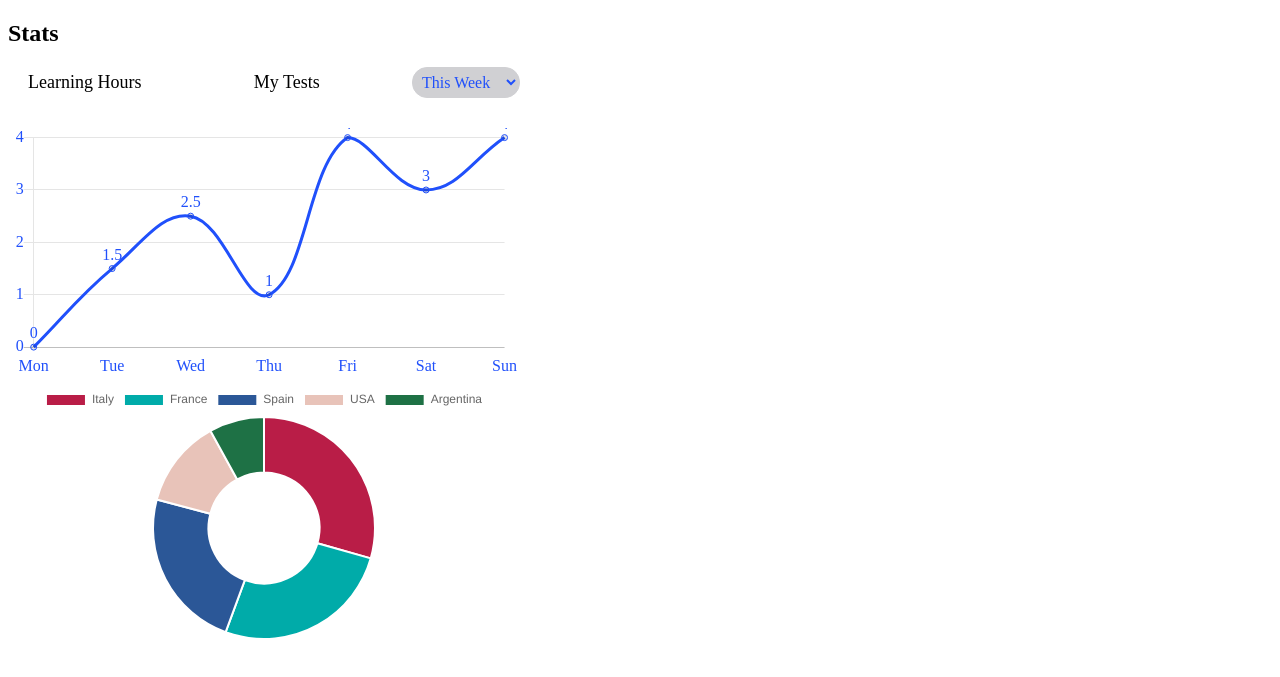
Repository: rafalzacher1/smartify-interface
Page: graphs/learning_graph.html
The author's editor kept a copy of each file at every save. The page is drawn from the files as they stood at one save, then again after a run of saves.
The browser window is 1280 px wide. The pictures show the whole page.
Some web fonts or font styles are not loaded; a fallback is used. Some web libraries are served in a nearby version.

Above is the page before, as saved 2022-06-30 01:17:55.

### graphs/learning_graph.html
<!DOCTYPE html>
<html lang="en">

<head>
    <script src="https://cdnjs.cloudflare.com/ajax/libs/Chart.js/2.4.0/Chart.min.js"></script>
    <link rel="stylesheet" href="./styles/learning_hours.css">
    <link href='https://fonts.googleapis.com/css?family=Baloo Bhai' rel='stylesheet'>
</head>

<body>
    <div class="stats-container">
        <div class="stats-options-container">
            <h2>Stats</h2>

            <div id="stats-options">
                <button class="stat-option" onclick="showLearningHoursGraph()">Learning Hours</button>
                <button class="stat-option" onclick="showTestsGraph()">My Tests</button>

                <select id="graphs">
                    <option value="">This Week</option>
                    <option value="">This Month</option>
                </select>
            </div>
        </div>

        <canvas id="learning-hours"></canvas>
        <canvas id="tests"></canvas>
    </div>

    <script src="./scripts/learningHours.js"></script>
    <script src="./scripts/tests.js"></script>
</body>

<script>
    function showLearningHoursGraph() {
        document.getElementById("learning-hours").style.display="block";
        document.getElementById("tests").style.display="none";
    }

    function showTestsGraph() {
        document.getElementById("learning-hours").style.display="none";
        document.getElementById("tests").style.display="block";
    }
</script>

</html>

### graphs/styles/learning_hours.css
.stats-container {
  position: relative;
  width: 40vw;
}

.stats-options-container {
    margin-bottom: 30px;
}

#stats-options {
  display: flex;
  justify-content: space-between;
  font-family: "Baloo Bhai";
  font-size: 16px;
}

.stat-option,
input[type="submit"],
input[type="reset"] {
  background: none;
  color: inherit;
  border: none;
  padding: 0;
  font: inherit;
  cursor: pointer;
  outline: inherit;
  width: 30%;
  font-family: "Baloo Bhai";
  font-size: 18px;
}

#graphs select {
  font-family: "Baloo Bhai";
  font-size: 26px;
  border: 1px solid #D0D0D3;
}
#graphs {
  font-family: "Baloo Bhai";
  font-size: 16px;
  color: #2050FB;
  padding: 5px;
  border: 1px solid #D0D0D3;
  border-radius: 15px;
  overflow: hidden;
  background: #D0D0D3;
}

### graphs/scripts/learningHours.js
// Data define for bar chart
var learningData = {
    labels: ["Mon", "Tue", "Wed", "Thu", "Fri", "Sat", "Sun"],
    datasets: [{
        fill: false,
        borderColor: "#2050FB",
        data: [0, 1.5, 2.5, 1, 4, 3, 4]
    }]
};
// Options to display value on top of bars
var learningOption = {
    legend: { display: false },
    scales: {
        xAxes: [{
            ticks: {
                fontColor: "#2050FB",
                fontSize: 16,
                fontFamily: "Baloo Bhai",
                stepSize: 1,
                beginAtZero: true
            },
            gridLines: {
                display: false
            }
        }],
        yAxes: [{
            ticks: {
                fontColor: "#2050FB",
                fontSize: 16,
                fontFamily: "Baloo Bhai",
                stepSize: 1,
                beginAtZero: true
            }
        }]
    },
    tooltips: {
        enabled: true
    },
    hover: {
        animationDuration: 0.1
    },
    animation: {
        duration: 1,
        onComplete: function () {
            var chartInstance = this.chart,
                ctx = chartInstance.ctx;
            ctx.textAlign = 'center';
            ctx.fillStyle = "#2050FB";
            ctx.textBaseline = 'bottom';
            this.data.datasets.forEach(function (dataset, i) {
                var meta = chartInstance.controller.getDatasetMeta(i);
                meta.data.forEach(function (bar, index) {
                    var data = dataset.data[index];
                    ctx.fillText(data, bar._model.x, bar._model.y - 5);
                    // console.log(dataset.data[index]);
                    // dataset.data[index] = dataset.data[index]+"H";
                    // console.log(dataset.data[index]);
                });
            });
        }
    }
};

//Code to drow Chart
var ctx = document.getElementById('learning-hours').getContext('2d');
var LearningHoursChar = new Chart(ctx, {
    type: 'line',    	// Define chart type
    data: learningData,    	// Chart data
    options: learningOption 	// Chart Options [This is optional paramenter use to add some extra things in the chart].
});

### graphs/scripts/tests.js
var xValues = ["Italy", "France", "Spain", "USA", "Argentina"];
var yValues = [55, 49, 44, 24, 15];
var barColors = ["#b91d47", "#00aba9", "#2b5797", "#e8c3b9", "#1e7145"];

var testsData = {
  labels: xValues,
  datasets: [
    {
      backgroundColor: barColors,
      data: yValues,
    },
  ],
};

var testsOption = {
  scales: {
    xValues: [
      {
        ticks: {
          fontColor: "#2050FB",
          fontSize: 16,
          fontFamily: "Baloo Bhai",
          stepSize: 1,
          beginAtZero: true,
        },
        gridLines: {
          display: false,
        },
      },
    ],
    yValues: [
      {
        ticks: {
          fontColor: "#2050FB",
          fontSize: 16,
          fontFamily: "Baloo Bhai",
          stepSize: 1,
          beginAtZero: true,
        },
      },
    ],
  },
};

var ctx = document.getElementById("tests").getContext("2d");
var LearningHoursChar = new Chart(ctx, {
  type: "doughnut", // Define chart type
  data: testsData, // Chart data
  options: testsOption, // Chart Options [This is optional paramenter use to add some extra things in the chart].
});

After the next 4 saves:
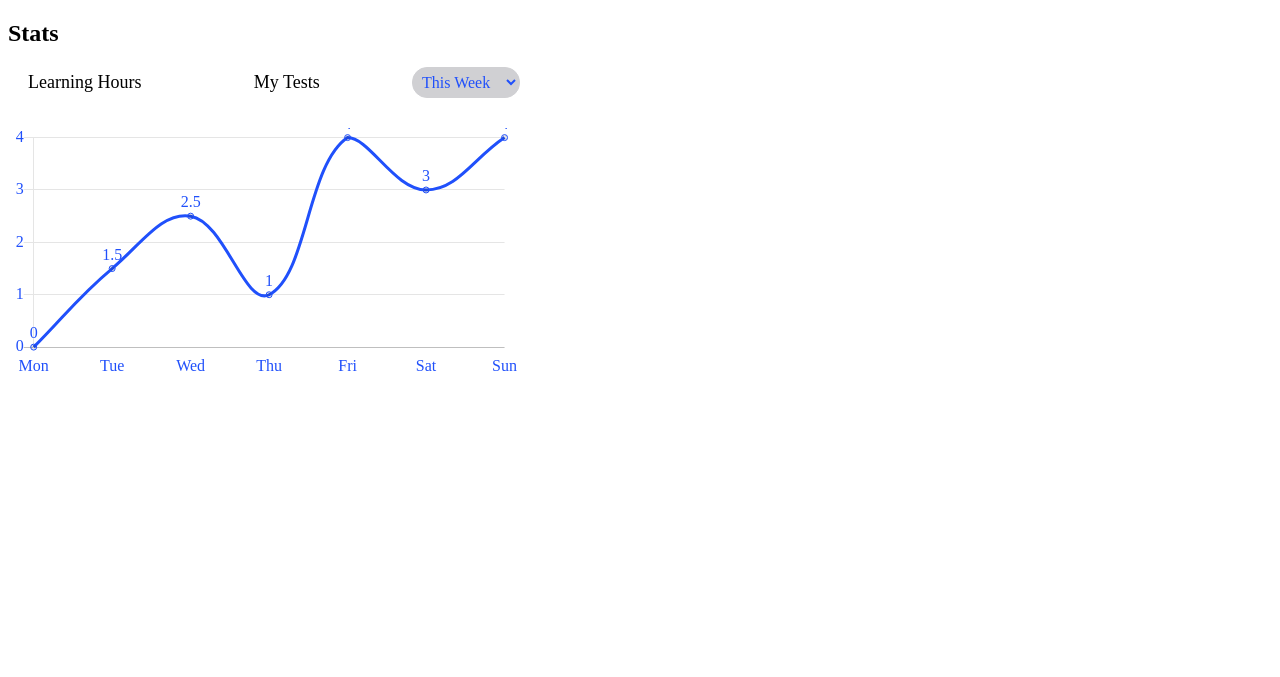
Console error: ReferenceError: point is not defined
The 4 saves are shown as one change because they came seconds apart.
The last was saved 56 s later.
--- a/graphs/scripts/tests.js
+++ b/graphs/scripts/tests.js
@@ -14,31 +14,7 @@
 
 var testsOption = {
   scales: {
-    xValues: [
-      {
-        ticks: {
-          fontColor: "#2050FB",
-          fontSize: 16,
-          fontFamily: "Baloo Bhai",
-          stepSize: 1,
-          beginAtZero: true,
-        },
-        gridLines: {
-          display: false,
-        },
-      },
-    ],
-    yValues: [
-      {
-        ticks: {
-          fontColor: "#2050FB",
-          fontSize: 16,
-          fontFamily: "Baloo Bhai",
-          stepSize: 1,
-          beginAtZero: true,
-        },
-      },
-    ],
+      point
   },
 };
 

After the 6 saves that followed:
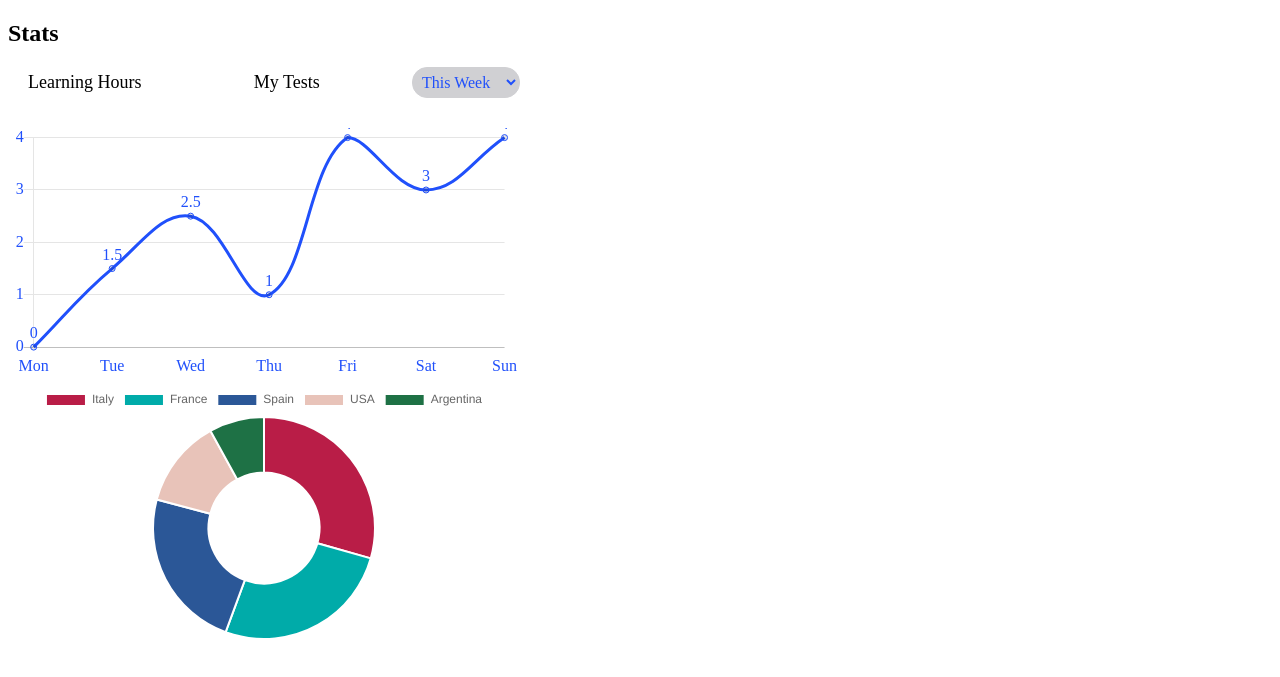
The error is gone.
The 6 saves are shown as one change because 3 left the picture as it was and some came seconds apart.
The last was saved 42 s later.
--- a/graphs/scripts/tests.js
+++ b/graphs/scripts/tests.js
@@ -13,9 +13,16 @@
 };
 
 var testsOption = {
-  scales: {
-      point
-  },
+    plugins: {
+        legend: {
+            labels: {
+                font: {
+                    style: 'italic',
+                    weight: '600',
+                }
+            }
+        }
+    }
 };
 
 var ctx = document.getElementById("tests").getContext("2d");
